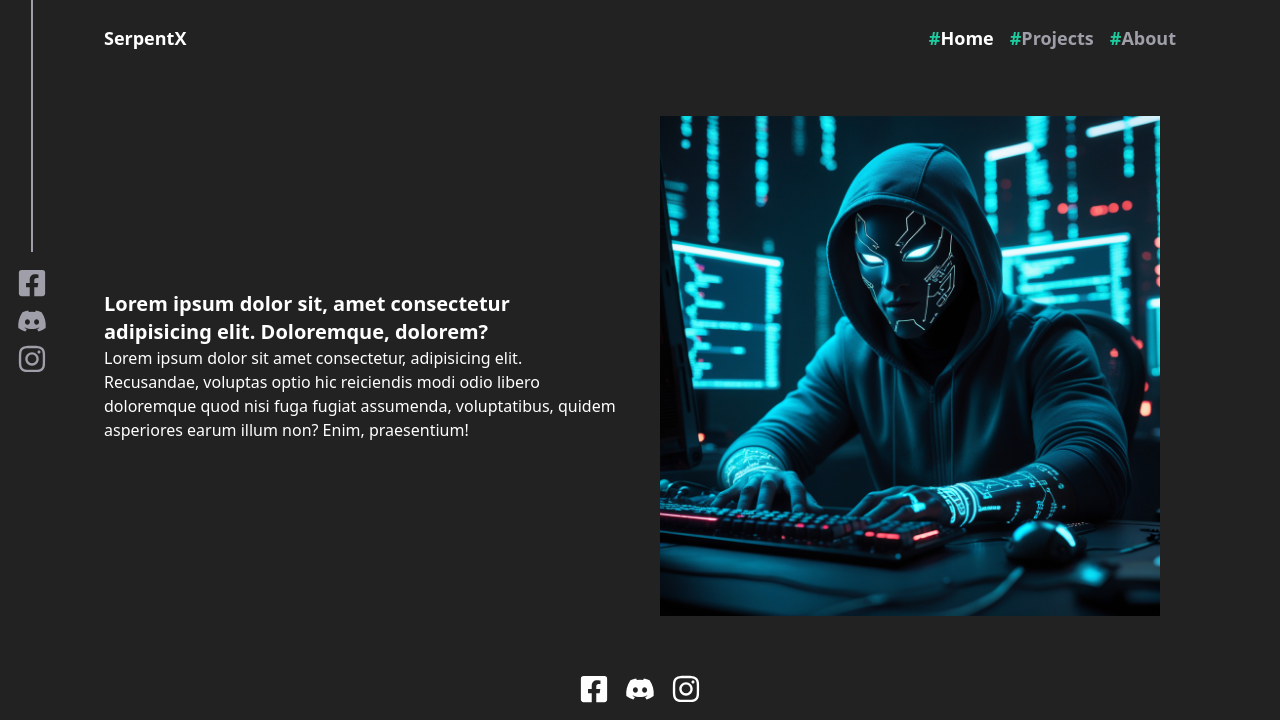
Repository: SERPENTX03/Portfolio-Tutorial
Page: /
An editor plug-in stored every save of this project. The page is shown before and after the next save, followed by the edit.
The browser window is 1280 px wide. The pictures show the whole page.
The project was rebuilt for these pictures with package versions that can differ from the ones it lists, and the page was loaded fresh each time. The framework's server and built-in components were replaced by stand-ins that run in the browser. Also part of the build but not shown: next.config.ts.

Above is the page before, as saved 2025-04-19 20:46:38.

After the next save:
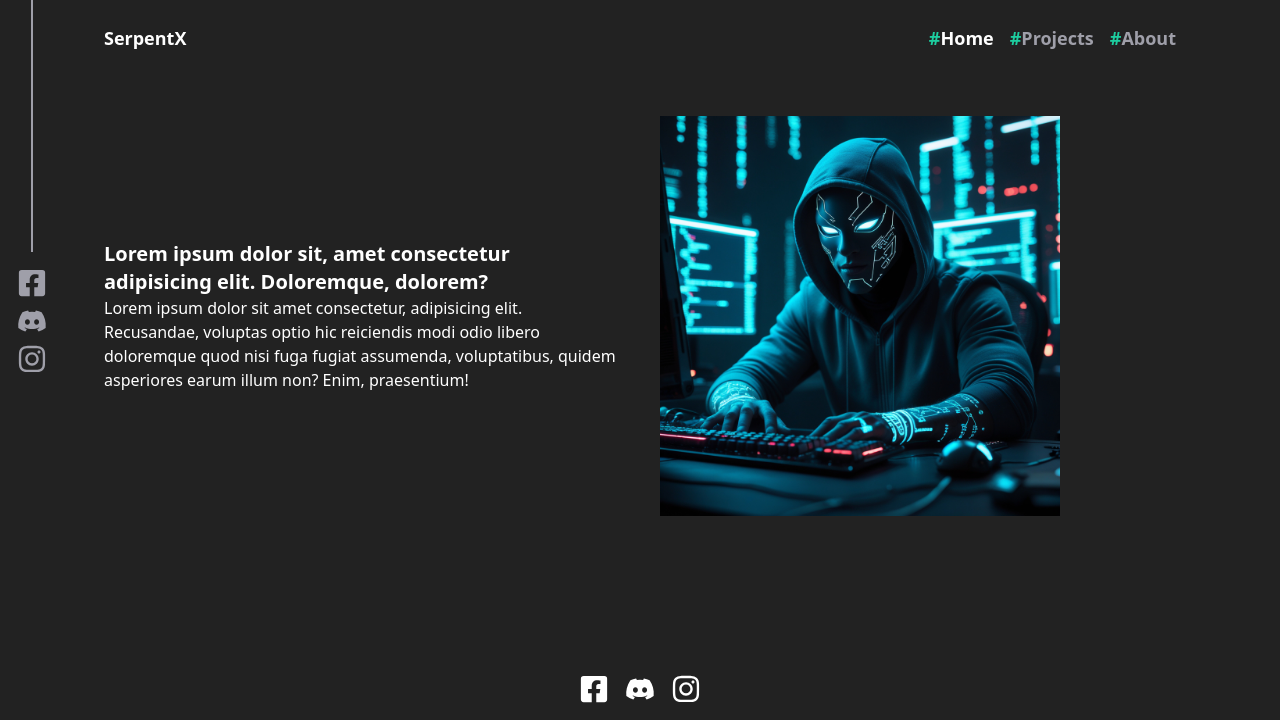
Saved 17 s later.
--- a/components/Hero.tsx
+++ b/components/Hero.tsx
@@ -17,7 +17,7 @@ const Hero = () => {
           </p>
         </div>
         <div className="w-1/2">
-          <Image src="/images/hero.jpg" alt="hero" width={500} height={500} />
+          <Image src="/images/hero.jpg" alt="hero" width={400} height={400} />
         </div>
       </div>
     </section>
